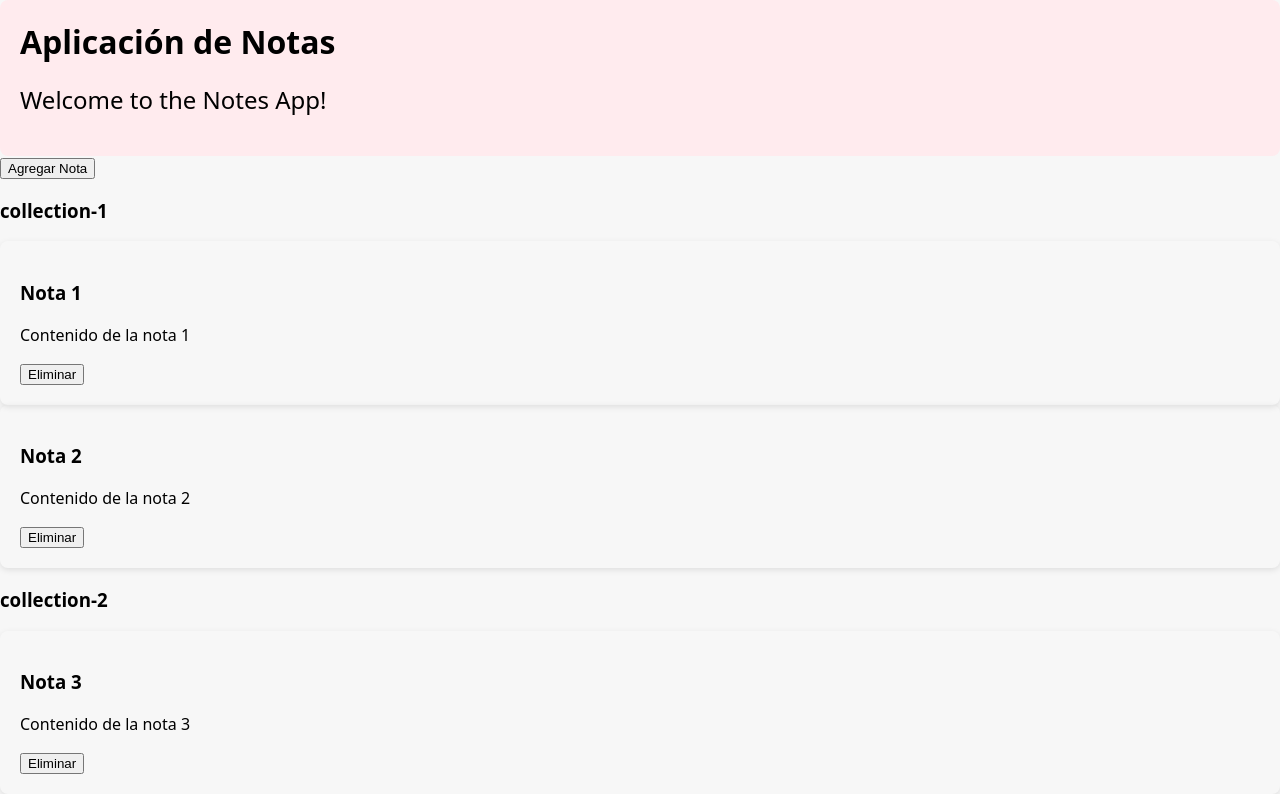
Repository: xunxuno/aplicacion_web_notas
Page: / (app in notas_web_app/)
These files come from the project's save history. The page is drawn as it stood at one moment and after the next save; the edit follows.
The browser window is 1280 px wide. The pictures show the whole page.
The project was rebuilt for these pictures with package versions that can differ from the ones it lists, and the page was loaded fresh each time. Also part of the build but not shown: notas_web_app/vite.config.ts, notas_web_app/src/components/NoteModal.tsx.

Above is the page before, as saved 2024-09-30 14:52:13.

After the next save:
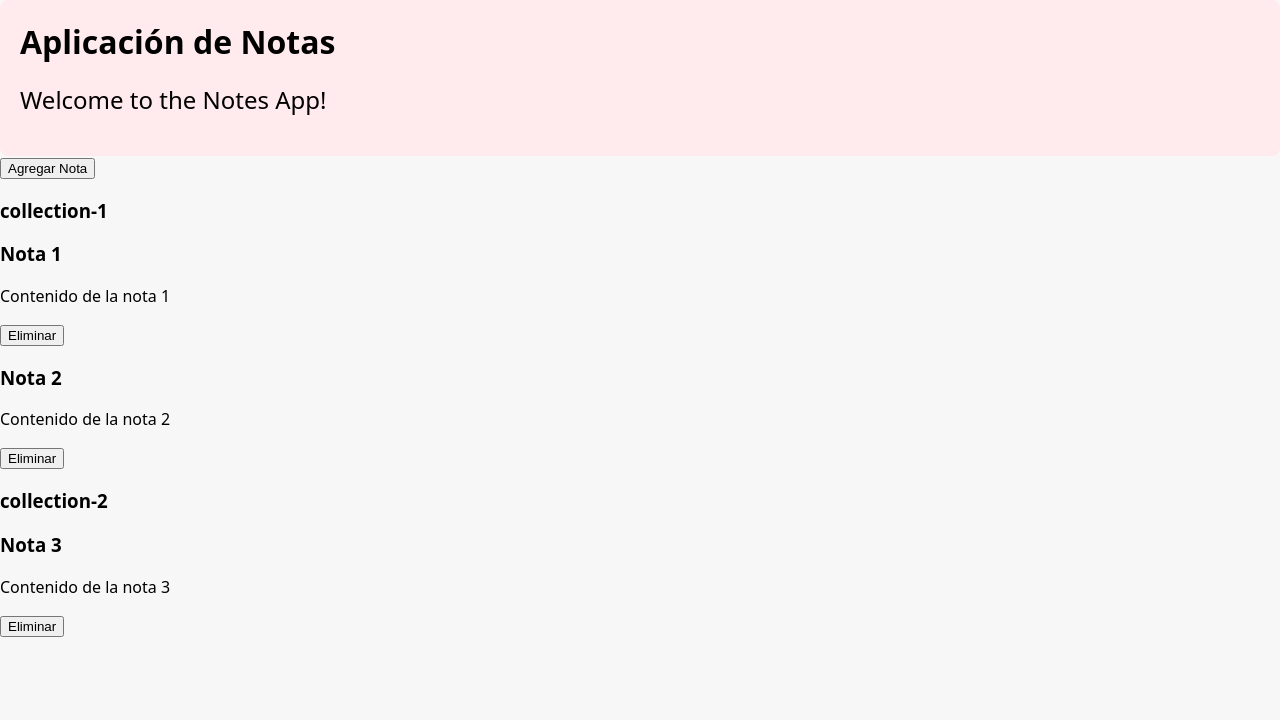
Saved 42 h 34 min later.
--- a/notas_web_app/src/components/Note.tsx
+++ b/notas_web_app/src/components/Note.tsx
@@ -20,7 +20,7 @@ const Note: React.FC<NoteProps> = ({ note, onClick }) => {
   };
 
   return (
-    <div className="note" onClick={onClick}>
+    <div className="notes" onClick={onClick}>
       <h3>{note.title}</h3>
       <p>{note.content}</p>
       <button onClick={handleDelete}>Eliminar</button>
